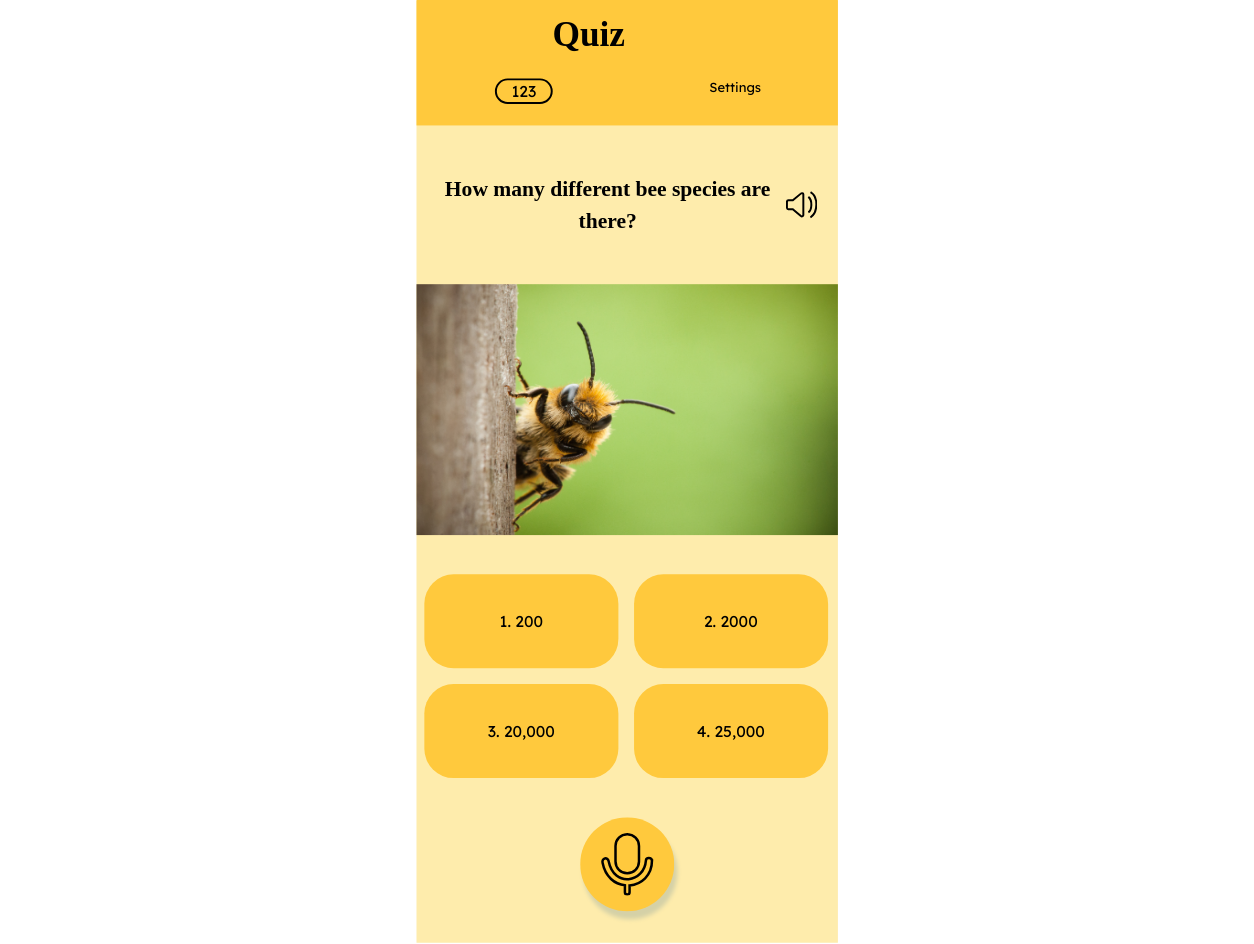
Repository: kellyzyhuang/HiveFive
Page: /Quiz
The author's editor kept a copy of each file at every save. The page is drawn from the files as they stood at one save, then again after the next save.
The browser window is 1280 px wide. The pictures show the whole page, at 98% of full size.
Some web fonts or font styles are not loaded; a fallback is used. The project was rebuilt for these pictures with package versions that can differ from the ones it lists, and the page was loaded fresh each time. The framework's server and built-in components were replaced by stand-ins that run in the browser. Also part of the build but not shown: next.config.js, components/QuizResults/QuizResults.module.css, components/QuizResults/index.js, components/QuizPopup/QuizPopup.module.css, components/QuizPopup/index.js.

Above is the page before, as saved 2024-04-07 19:13:21.

After the next save:
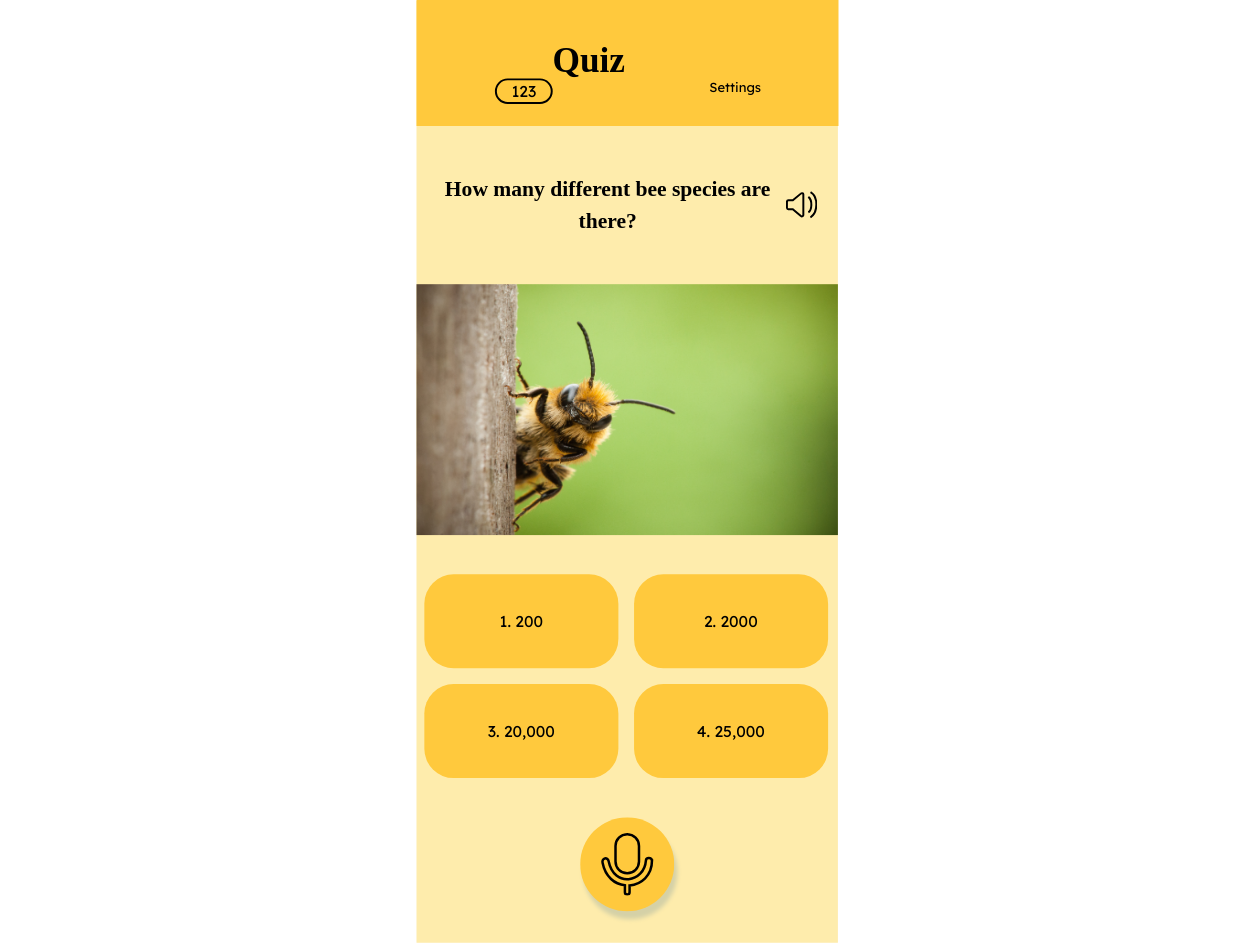
Saved 12 s later.
--- a/components/Header/Header.module.css
+++ b/components/Header/Header.module.css
@@ -17,8 +17,7 @@
 .pageTitle {
   font-size: 2.25rem;
   margin-right: 7rem;
-  margin-top: -0.1rem;
-  width: 100%;
+  width: 70%;
   font-family: 'Besley', serif;
 }
 
